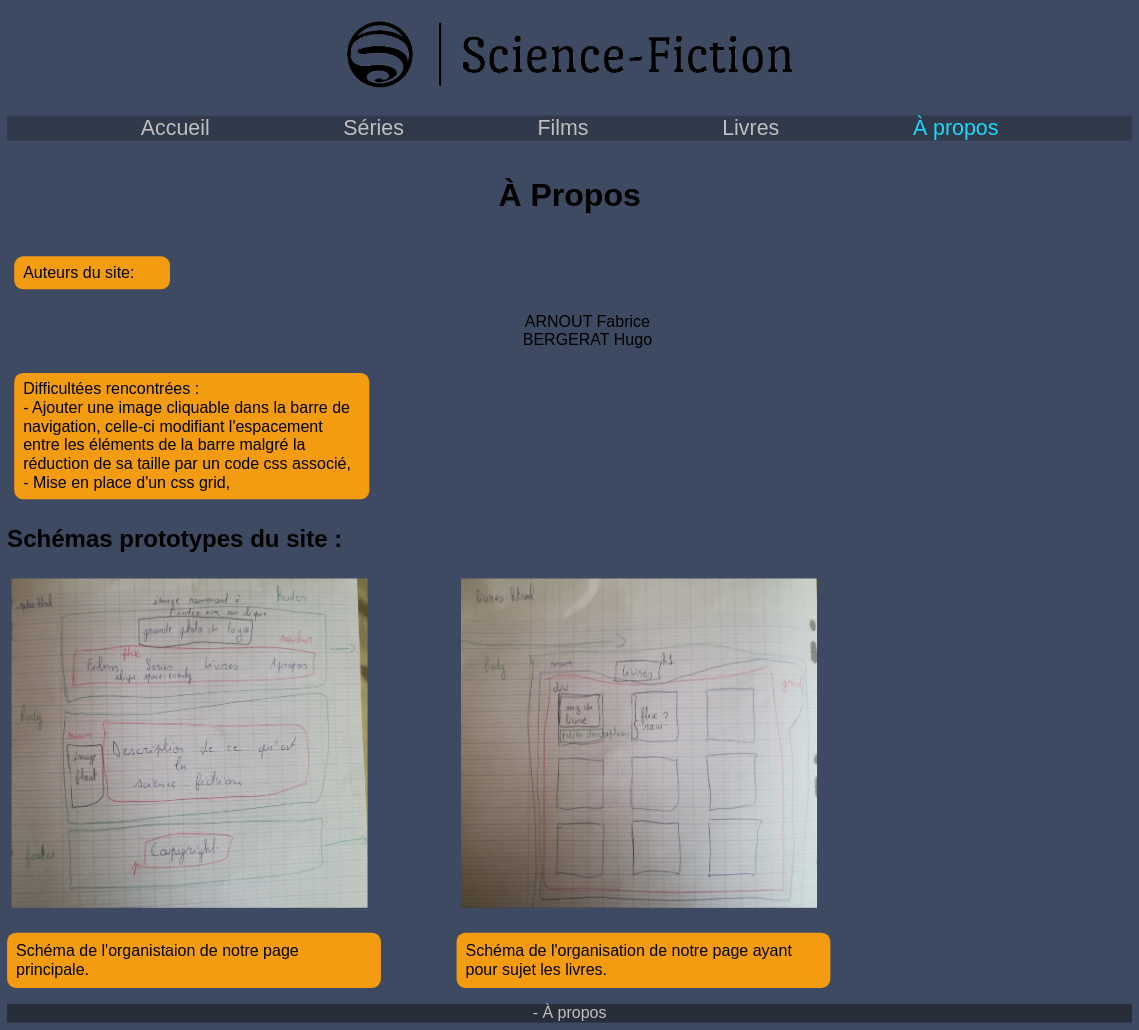
Repository: Emalios/Projet-Web
Page: html/a-propos.html
The author's editor kept a copy of each file at every save. The page is drawn from the files as they stood at one save, then again after the next save.
The browser window is 1280 px wide. The pictures show the whole page, at 89% of full size.

Above is the page before, as saved 2020-11-11 19:04:49.

After the next save:
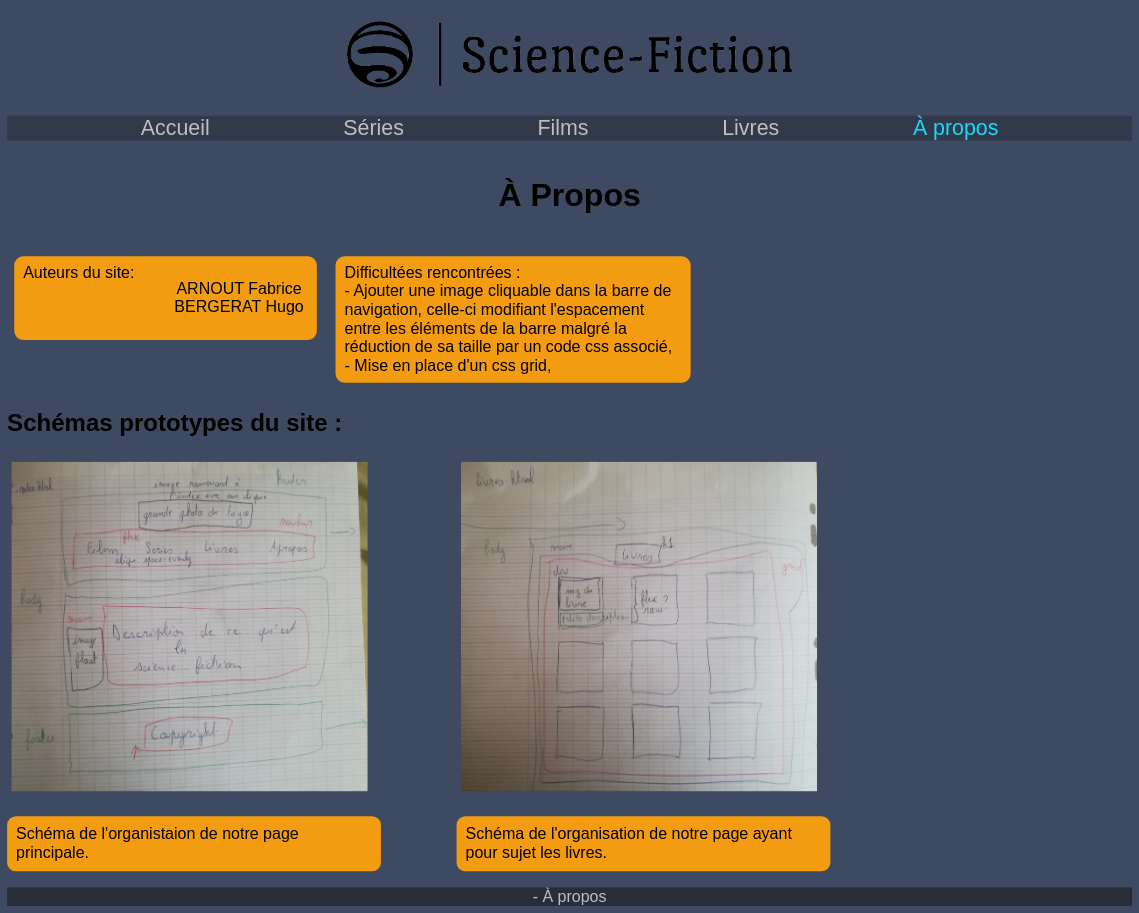
Saved 57 s later.
--- a/html/a-propos.html
+++ b/html/a-propos.html
@@ -24,12 +24,12 @@
   <main>
     <h1 id="title">À Propos</h1>
     <div class="presentation">
-      <p id="auteurs" class="texte">Auteurs du site:
+      <div id="auteurs-div" class="texte">Auteurs du site:
         <ul id="auteurs">
           <li>ARNOUT Fabrice</li>
           <li>BERGERAT Hugo</li>
         </ul>
-      </p>
+      </div>
       <p id="difficultes" class="texte">Difficultées rencontrées :<br>- Ajouter une image cliquable dans la barre de navigation, celle-ci modifiant l'espacement entre les éléments de la barre malgré la réduction de sa taille par un code css associé,
         <br> - Mise en place d'un css grid,
       </p>
